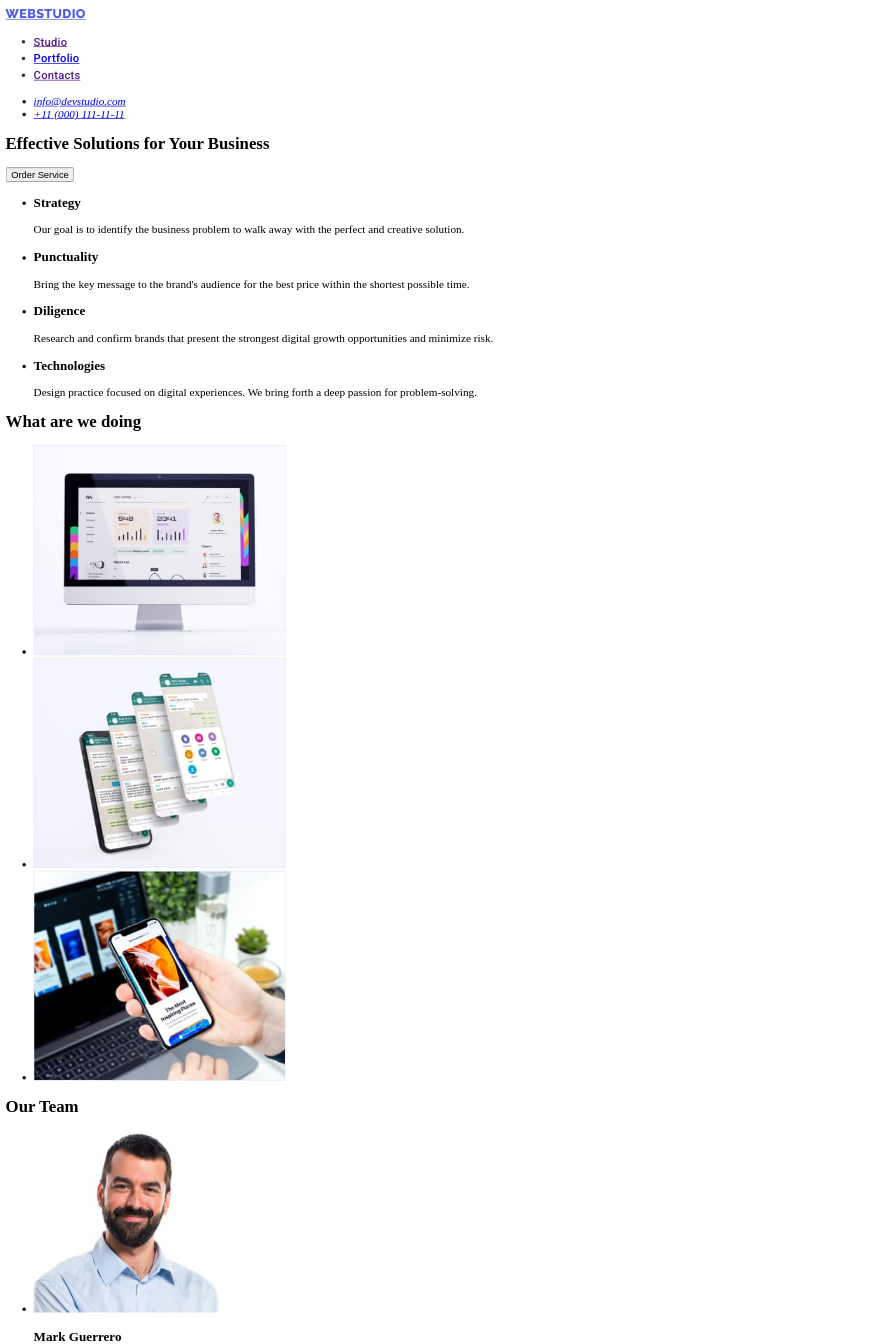
Repository: GrishchenkoNataliya/goit-markup-hw-02
Page: index.html
The author's editor kept a copy of each file at every save. The page is drawn from the files as they stood at one save, then again after the next save.
The browser window is 1280 px wide. The pictures show the part of the page from y = 0 to 1920 px (the page is 3113 px tall before and 3119 px after), at 70% of full size.

Above is the page before, as saved 2023-03-04 00:08:55.

### index.html
<!DOCTYPE html>
<html lang="en">
  <head>
    <meta charset="UTF-8" />
    <meta http-equiv="X-UA-Compatible" content="IE=edge" />
    <meta name="viewport" content="width=device-width, initial-scale=1.0" />

    <link rel="preconnect" href="https://fonts.googleapis.com" />
    <link rel="preconnect" href="https://fonts.gstatic.com" crossorigin />
    <link
      href="https://fonts.googleapis.com/css2?family=Raleway:wght@800&family=Roboto+Mono:wght@600&family=Roboto:wght@400;500;700&display=swap"
      rel="stylesheet"
    />
    <link rel="stylesheet" href="./css/styles.css" />
    <title>homework_2</title>
  </head>
  <body class="body">
    <header class="header">
      <a class="header-logo" href="./index.html">WebStudio</a>
      <nav class="header-nav">
        <ul class="header-list">
          <li class="header-item">
            <a
              class="header-link"
              href=""
              target="_blank"
              rel="noopener noreferrer nofollow"
              >Studio</a
            >
          </li>
          <li class="header-item-portfolio">
            <a
              class="header-link"
              href="./portfolio/portfolio.html"
              target="_blank"
              rel="noopener noreferrer nofollow"
              >Portfolio</a
            >
          </li>
          <li class="header-item">
            <a
              class="header-link"
              href=""
              target="_blank"
              rel="noopener noreferrer nofollow"
              >Contacts</a
            >
          </li>
        </ul>
      </nav>
      <address class="address">
        <ul class="address-list">
          <li class="address-mail">
            <a href="mailto:info@devstudio.com">info@devstudio.com</a>
          </li>
          <li class="address-tel">
            <a href="tel:+110001111111">+11 (000) 111-11-11</a>
          </li>
        </ul>
      </address>
    </header>
    <main>
      <section class="hero">
        <h1>Effective Solutions for Your Business</h1>
        <button class="hero-btn" type="button">Order Service</button>
        <!-- Dark-bg -->
      </section>
      <section class="feature1">
        <h2 hidden>Большой заголовок</h2>
        <ul class="feature1-list">
          <li class="feature1-item">
            <h3 class="feature1-title">Strategy</h3>
            <p class="feature1-text">
              Our goal is to identify the business problem to walk away with the
              perfect and creative solution.
            </p>
          </li>
          <li class="feature1-item">
            <h3 class="feature1-title">Punctuality</h3>
            <p class="feature1-text">
              Bring the key message to the brand's audience for the best price
              within the shortest possible time.
            </p>
          </li>
          <li class="feature1-item">
            <h3 class="feature1-title">Diligence</h3>
            <p class="feature1-text">
              Research and confirm brands that present the strongest digital
              growth opportunities and minimize risk.
            </p>
          </li>
          <li class="feature1-item">
            <h3 class="feature1-title">Technologies</h3>
            <p class="feature1-text">
              Design practice focused on digital experiences. We bring forth a
              deep passion for problem-solving.
            </p>
          </li>
        </ul>
      </section>
      <section class="feature2">
        <h2 class="feature2-title">What are we doing</h2>
        <ul class="feature2-list">
          <li class="feature2-item">
            <img
              src="./images/pages1/Rectangle71-1.jpg"
              alt="Rectangle 71-1"
              width="360"
            />
          </li>
          <li class="feature2-item">
            <img
              src="./images/pages1/Rectangle71-2.jpg"
              alt="Rectangle 71-2"
              width="360"
            />
          </li>
          <li class="feature2-item">
            <img
              src="./images/pages1/Rectangle71-3.jpg"
              alt="Rectangle 71-3"
              width="360"
            />
          </li>
        </ul>
      </section>
      <section>
        <h2>Our Team</h2>
        <ul>
          <li>
            <img
              src="./images/pages1/img1.jpg"
              alt="Mark Guerrero"
              width="264"
            />
            <h3>Mark Guerrero</h3>
            <p>Product Designer</p>
          </li>
          <li>
            <img src="./images/pages1/img2.jpg" alt="Tom Ford" width="264" />
            <h3>Tom Ford</h3>
            <p>Frontend Developer</p>
          </li>
          <li>
            <img
              src="./images/pages1/img3.jpg"
              alt="Camila Garcia"
              width="264"
            />
            <h3>Camila Garcia</h3>
            <p>Marketing</p>
          </li>
          <li>
            <img
              src="./images/pages1/img4.jpg"
              alt="Daniel Wilson"
              width="264"
            />
            <h3>Daniel Wilson</h3>
            <p>UI Designer</p>
          </li>
        </ul>
      </section>
    </main>
    <footer>
      <a href="./index.html">WebStudio</a>

      <p>
        Increase the flow of customers and sales for your business with digital
        marketing & growth solutions.
      </p>
      <!-- Dark-bg -->
    </footer>
  </body>
</html>

### css/styles.css
body {
  font-family: "Roboto Regular", sans-serif;
  font-family: open-;
}
/* @font-face {
  font-family: Roboto-500;
  src: url(../fonts/);
}
Підключення шрифта з папки fonts */

.header {
}
.header-nav {
}
.header-list {
}
.header-logo {
  font-family: "Raleway";
  font-style: normal;
  font-weight: 800;
  font-size: 18px;
  line-height: 1.33;

  display: flex;
  align-items: center;
  letter-spacing: 0.03em;
  text-transform: uppercase;

  color: #4d5ae5;
}
.header-list {
  font-family: "Roboto";
  font-style: normal;
  font-weight: 500;
  font-size: 16px;
  line-height: 1.5;
  letter-spacing: 0.02em;
  color: #2e2f42;
}

.address {
}
.address-list {
}
.address-mail {
}
.address-tel {
}

After the next save:
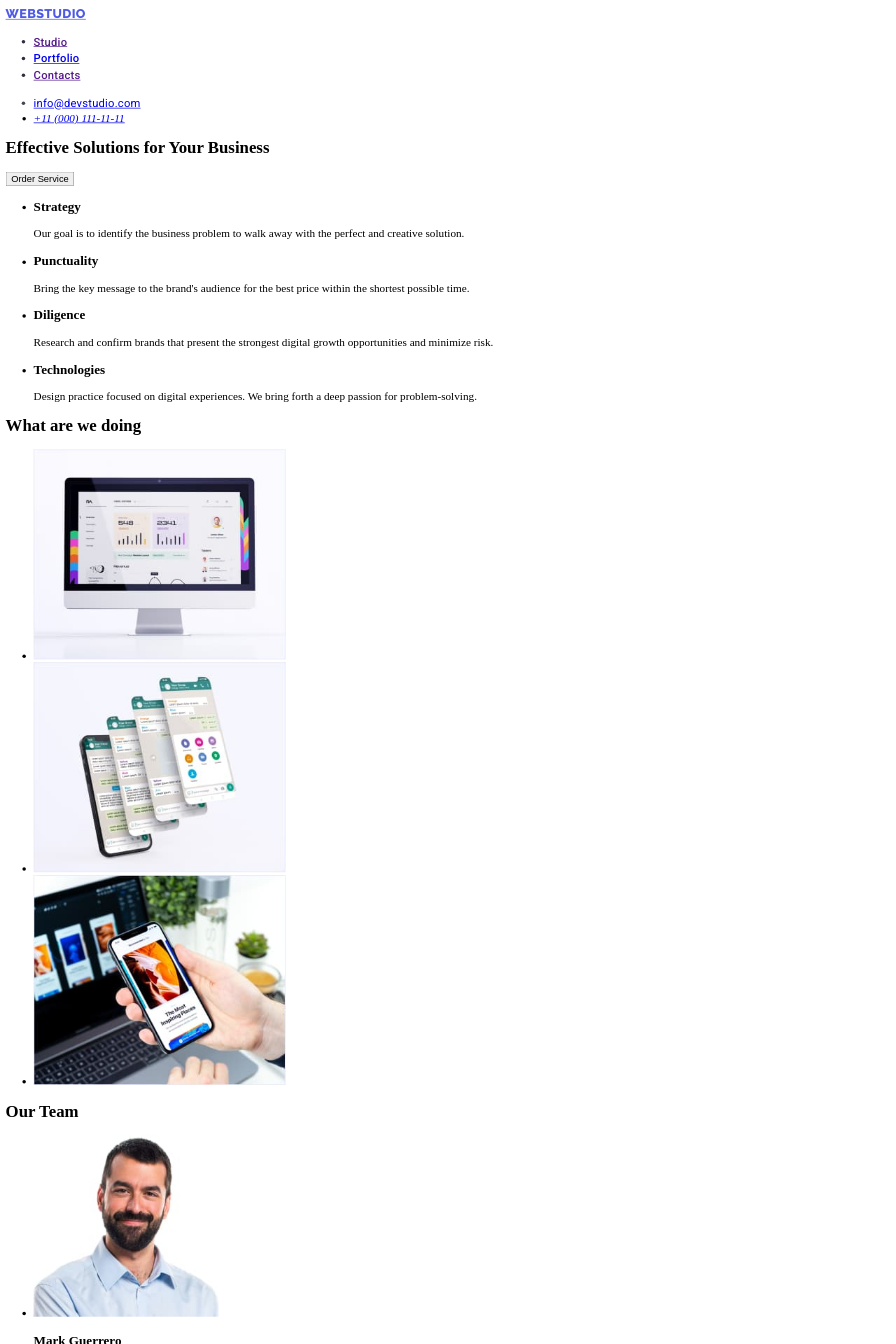
Saved 5 min 39 s later.
--- a/css/styles.css
+++ b/css/styles.css
@@ -43,6 +43,13 @@ body {
 .address-list {
 }
 .address-mail {
+  font-family: "Roboto";
+  font-style: normal;
+  font-weight: 400;
+  font-size: 16px;
+  line-height: 24px;
+  letter-spacing: 0.02em;
+  color: #434455;
 }
 .address-tel {
 }
